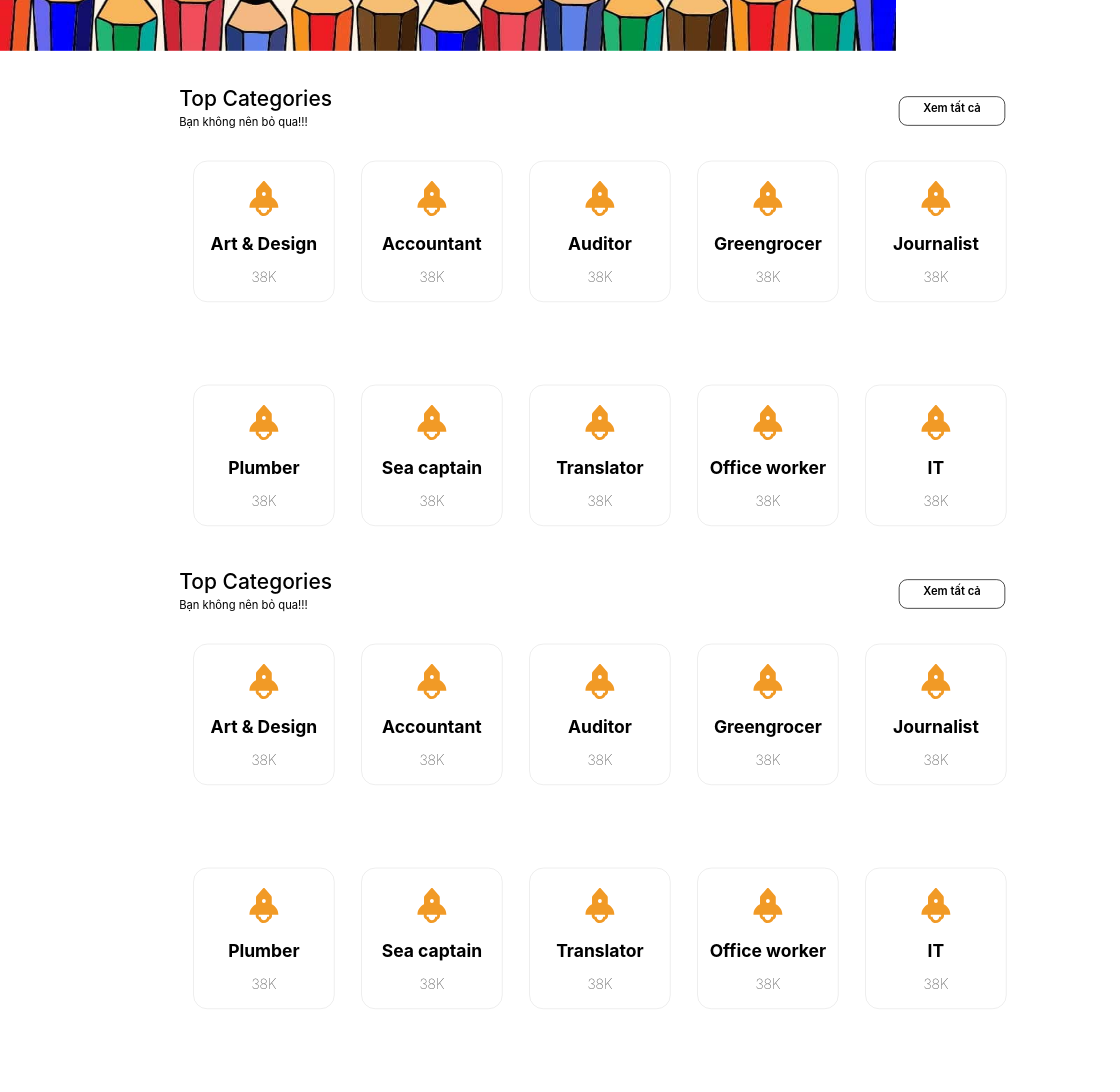
Repository: hieu1802/WebsiteEdupress
Page: / (app in my-app/)
The author's editor kept a copy of each file at every save. The page is drawn from the files as they stood at one save, then again after the next save.
The browser window is 1280 px wide. The page is 1600 px wide, so the pictures cover 1600 px, including what lies to the right of the window. The pictures show the part of the page from y = 551 to 2111 px (the page is 2111 px tall), at 70% of full size.
The project was rebuilt for these pictures with package versions that can differ from the ones it lists, and the page was loaded fresh each time. Also part of the build but not shown: my-app/src/App.css.

Above is the page before, as saved 2024-07-24 01:20:49.

### my-app/src/App.jsx
import logo from './logo.svg';
import './App.css';
import HomePage from './Components/HomePage/HomePage.jsx';

function App() {
  return (
  <>
    <HomePage/>
  </>
  );
}

export default App;

### my-app/src/Components/HomePage/HomePage.jsx
import React from 'react'
import Header from './Header.jsx'
import { ContainerPage } from './ContainerPage.jsx'

function HomePage() {
  return (
    <>
      <Header/>
      <ContainerPage/>
    </>
  )
}

export default HomePage

### my-app/src/Components/HomePage/Header.jsx
import React from 'react'
import img01 from '../img/EduPress.png'
import img02 from '../img/img02.jpg'
import img03 from '../img/img03.png'
import './HomePage.css'
import { IoIosSearch } from "react-icons/io";

function Header() {
  return (
    <>
        <div className='Header'>
            <div className='logoHeader'>
                <img src={img01}/>
                <h3>EduPress Academy</h3>
            </div>
            <ul>
                <li>Trang Chủ</li>
                <li>Khóa Học</li>
                <li>Blog</li>
                <li>Đánh giá</li>
                <li>Kết Nối</li>
                <div className='ulInput'>
                    <input placeholder='Tìm Kiếm ...'/>
                    <div className='btnHeader'><IoIosSearch  className='btnIcon'/></div>
                </div>

            </ul>
            <div className='loginHeader'>
                <div><span>Đăng Nhập</span>/<span>Đăng kí</span></div>

            </div>
        </div>
        <div className='posterHeader'>
            <img src={img02}/>
            <div className='posterContent'>
               <div className='posterSologun'>
                  <h1>EduPress Academy</h1>
                  <h2>Website học Online hàng đầu Việt Nam tích hợp đầy đủ mọi thông tin, kiến thức và những kỹ năng để giúp các bạn chinh phục mọi khó khăn một cách hoàn hảo</h2>
                  <div className='btnPoster'>Tìm hiểu ngay </div>
               </div>
               <div className='posterAvatar'>
                  <img src={img03}/>
               </div>
            </div>
        </div>
    </>

  )
}

export default Header

### my-app/src/Components/HomePage/ContainerPage.jsx
import React from 'react'
import { AiFillRocket } from "react-icons/ai";

export const ContainerPage = () => {

  const topCategories = [
    {
      id:1,
      name:'Art & Design',
    },
    {
      id:2,
      name:'Accountant',

    },
    {
      id:3,
      name:'Auditor',

    },
    {
      id:4,
      name:'Greengrocer',

    },
    {
      id:5,
      name:'Journalist',

    },
    {
      id:6,
      name:'Plumber',

    },
    {
      id:7,
      name:'Sea captain',

    },
    {
      id:8,
      name:'Translator',

    },
    {
      id:9,
      name:'Office worker',

    },
    {
      id:10,
      name:'IT',

    },
  ]
  return (
    <div className='ContainerPage'>
       <div className='categories'>
          <div className='textCategories'>
            <div className='topCategories'>
              <h3>Top Categories</h3>
              <p>Bạn không nên bỏ qua!!!</p>
            </div>
            <div className='btnCategories'> <p>Xem tất cả</p></div>
          </div>
          <div className='boxCategories'>

              {topCategories.map((items)=>(
                <div className='miniBox' key={items.id}>
                  <AiFillRocket className='iconBox'/>
                  <h4>{items.name}</h4>
                  <h5>38K</h5>
                </div>
              ))}
          </div>
       </div>
       <div className='categories'>
          <div className='textCategories'>
            <div className='topCategories'>
              <h3>Top Categories</h3>
              <p>Bạn không nên bỏ qua!!!</p>
            </div>
            <div className='btnCategories'> <p>Xem tất cả</p></div>
          </div>
          <div className='boxCategories'>

              {topCategories.map((items)=>(
                <div className='miniBox' key={items.id}>
                  <AiFillRocket className='iconBox'/>
                  <h4>{items.name}</h4>
                  <h5>38K</h5>
                </div>
              ))}
          </div>
       </div>
    </div>
  )
}

### my-app/src/Components/HomePage/HomePage.css
*{
    margin: 0;
    padding: 0;
    list-style: none;
}

.Header{
    width: 100%;
    height: 72px;
    display: flex;
    justify-content: space-between;

}

.logoHeader{
    width: 25%;
    height: 100%;
    display: flex;
    gap: 10px;
    margin-left: 70px;
}


h3{
    font-size: 25px;
    margin-top: 15px;
    color: rgba(241, 152, 34, 0.979);
}

.Header > ul{

    display: flex;
    width:60%;
}

.Header > ul > li{
    width: 100px;
    text-align: center;
    padding: 20px;
    font-size: 20px;
    font-weight: 600;
    cursor: pointer;
}

.Header > ul > li:hover{
    background-color: rgba(246, 243, 238, 0.633);
    color: rgba(241, 152, 34, 0.979);
}

.ulInput{
    width: 400px ;
    padding: 20px;
    display: flex;
}

.ulInput > input{
    margin-right:10px;
    text-align: center;
    font-size: 15px;
    width: 400px;
    height: 35px;
    border: 1px solid #00000010;
    background-color: rgba(240, 234, 234, 0.815);
    border-radius: 12px;
}

.btnHeader{
    width: 100px;
    margin: auto;
    cursor: pointer;
}
.btnIcon{
    font-size: 25px;
}
.loginHeader{
    display: flex;
    width: 15%;
    height: 72px;
    margin-right: 100px;
    cursor: pointer;
}

.loginHeader > div{
   margin: auto;
   font-size: 20px;
   font-weight: 600;
   text-align: center;
}

.loginHeader > div > span{
    margin: 10px;
}

.loginHeader > div > span:hover {
    color: rgba(241, 152, 34, 0.979);
}

.posterHeader{
    width: 100%;
    height: 552px;
    background-color: black;
    display: flex;
}

.posterHeader > img{
    width: 100%;
}

.posterContent{
    position: absolute;
    display: flex;
    margin-left: 400px;
    margin-top: 10px;
    width: 1200px;
    height: 400px;

    z-index: 999;
}

.posterSologun{
    width: 60%;
}

.posterSologun > h1{
    font-size: 70px;
    text-align: center;
    color: rgba(241, 152, 34, 0.979);
    margin-top: 50px;
    margin-bottom: 10px;
}

.posterSologun > h2{
    font-size: 20px;
    text-align: center;
}

.btnPoster{
    width: 200px;
    height: 40px;
    background-color: red;
    font-size: 20px;
    color: #fff;
    text-align: center;
    border-radius: 12px;
    cursor: pointer;
    gap: 10px;
    margin-top: 50px;
    margin-left: 35%;
}

.posterAvatar{
    width: 35%;
    margin-left: 30px;

}

.posterAvatar > img{
    width: 100%;
    margin-top: 30px;
}

/************************ContainerPage**************************/

.ContainerPage{
    position: relative;
    width: 1200px;
    height: 1300px;

    margin-left: 20%;
}

.categories{
    width: 100%;
    height: 640px;
   background-color: #fff;
    margin-top: 50px;
}

.textCategories{
    width: 100%;
    height: 77px;
    background-color: #fff;
    display: flex;
    justify-content: space-between;
}
.topCategories>h3{
    color: black;
    font-size: 30px;
    margin-bottom: 5px;
    margin-top: 0px;
    font-weight: 500;
}

.topCategories>p{

}
.btnCategories{
    width: 150px;
    height: 40px;
    border: 1px solid #000000;
    border-radius: 12px;
    margin-top: 15px;
    margin-right: 20px;
    cursor: pointer;
}

.btnCategories:hover{
    background-color: rgba(244, 25, 25, 0.757);
    color: #fff;
}

.btnCategories > p{
    text-align: center;
    margin-top: 5px;
    font-weight: 600;
}

.boxCategories{
    width: 100%;
    height: 100%;
    display: grid;
    grid-template-columns: 1fr 1fr 1fr 1fr 1fr;
    margin-top: 30px;

}

.miniBox{
    width: 200px;
    height: 200px;
    border: 1px solid #0000001a;
    border-radius: 20px;
    display: flex;
    align-items: center;
    flex-direction: column;
    justify-content: center;
    margin-left: 20px;
}

.iconBox{
    font-size: 60px;
    margin-bottom: 20px;
    color: rgba(241, 152, 34, 0.979);
}

.miniBox > h4{
    font-size: 25px;
    margin-bottom: 20px;
}

.miniBox > h5{
    font-size: 20px;
    font-weight: 100;
}

Loaded but not shown: my-app/public/index.html (common file); my-app/src/index.js (common file); my-app/src/index.css (common file); my-app/src/reportWebVitals.js (common file)

After the next save:
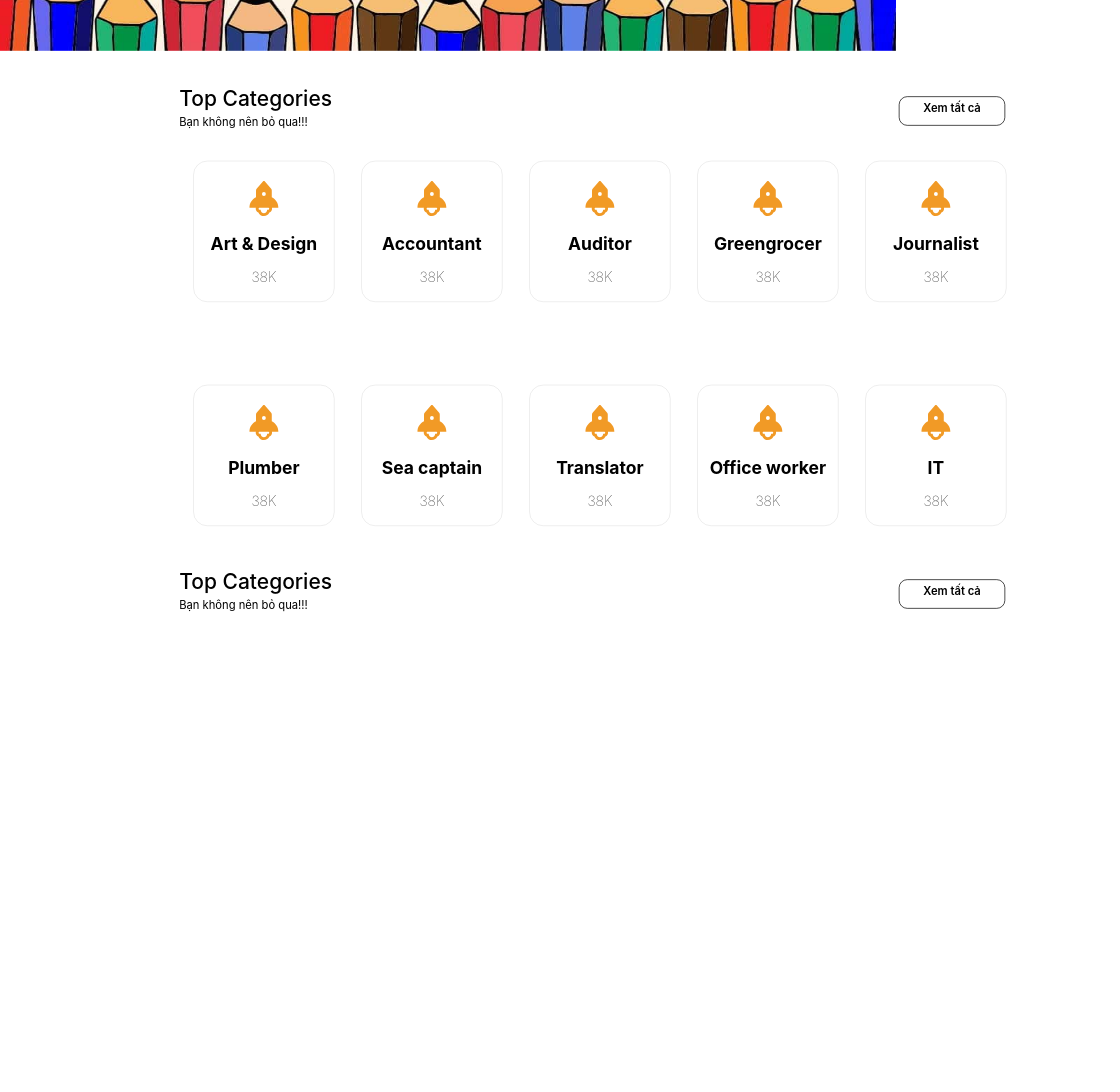
Saved 45 s later.
--- a/my-app/src/Components/HomePage/ContainerPage.jsx
+++ b/my-app/src/Components/HomePage/ContainerPage.jsx
@@ -85,13 +85,7 @@
           </div>
           <div className='boxCategories'>
 
-              {topCategories.map((items)=>(
-                <div className='miniBox' key={items.id}>
-                  <AiFillRocket className='iconBox'/>
-                  <h4>{items.name}</h4>
-                  <h5>38K</h5>
-                </div>
-              ))}
+
           </div>
        </div>
     </div>
